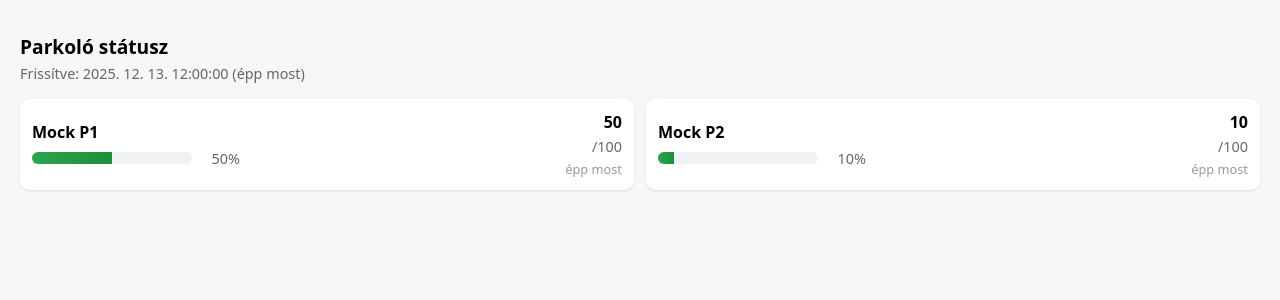
Repository: dkg11hu/ormezo-parking-2
Page: public/index.html
These files come from the project's save history. The page is drawn as it stood at one moment and after the next save; the edit follows.
The browser window is 1280 px wide. The pictures show the whole page.

Above is the page before, as saved 2025-12-13 18:41:24.

After the next save:
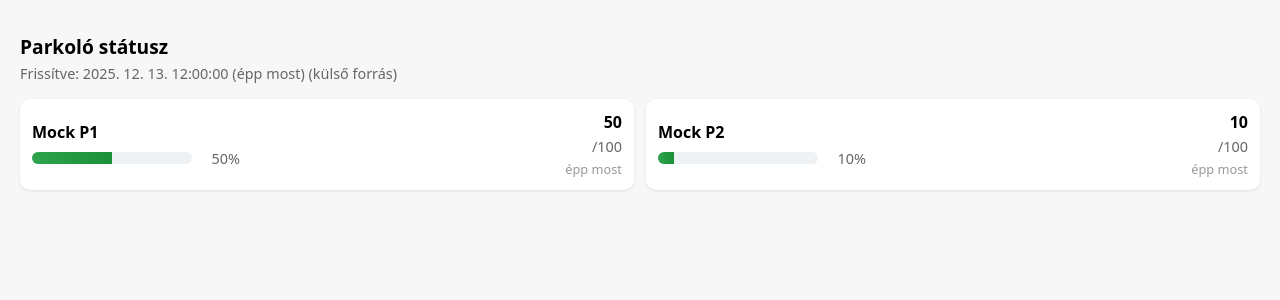
Saved 7 min 22 s later.
--- a/public/index.html
+++ b/public/index.html
@@ -154,12 +154,19 @@
         const grid = document.getElementById("parking-grid");
         grid.innerHTML = "";
 
-        if (items.length > 0) {
-          const updated = items[0].updated;
-          const updDate = new Date(updated.replace(" ", "T"));
-          const relative = timeDiffString(updated);
-          document.getElementById("report-time").textContent =
-            "Frissítve: " + updDate.toLocaleString("hu-HU") + " (" + relative + ")";
+        // JAVÍTOTT KÓD
+        if (statusData.timestamp) { // Ellenőrizzük, hogy létezik-e a fő időbélyeg
+            const updated = statusData.timestamp; // <--- JAVÍTÁS: A fő timestamp mezőt használjuk
+            const updDate = new Date(updated.replace(" ", "T"));
+            const relative = timeDiffString(updated);
+            document.getElementById("report-time").textContent =
+                "Frissítve: " + updDate.toLocaleString("hu-HU") + " (" + relative + ")";
+        } else if (items.length > 0) { // Tartalék (ha valamiért nincs fő timestamp)
+            const updated = items[0].updated;
+            const updDate = new Date(updated.replace(" ", "T"));
+            const relative = timeDiffString(updated);
+            document.getElementById("report-time").textContent =
+                "Frissítve: " + updDate.toLocaleString("hu-HU") + " (" + relative + ") (külső forrás)";
         }
 
         items.forEach(entry => {
